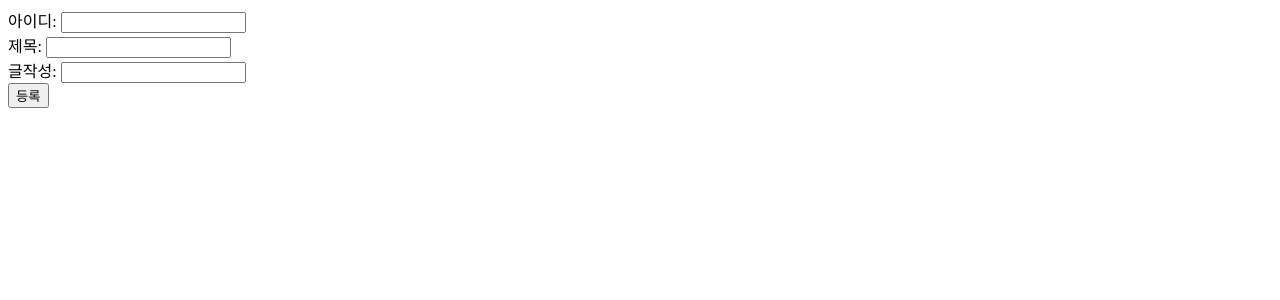
Repository: minz-cha/web_project
Page: jspbook/WebContent/write.html
The author's editor kept a copy of each file at every save. The page is drawn from the files as they stood at one save, then again after the next save.
The browser window is 1280 px wide. The pictures show the whole page.

Above is the page before, as saved 2022-12-01 09:51:21.

After the next save:
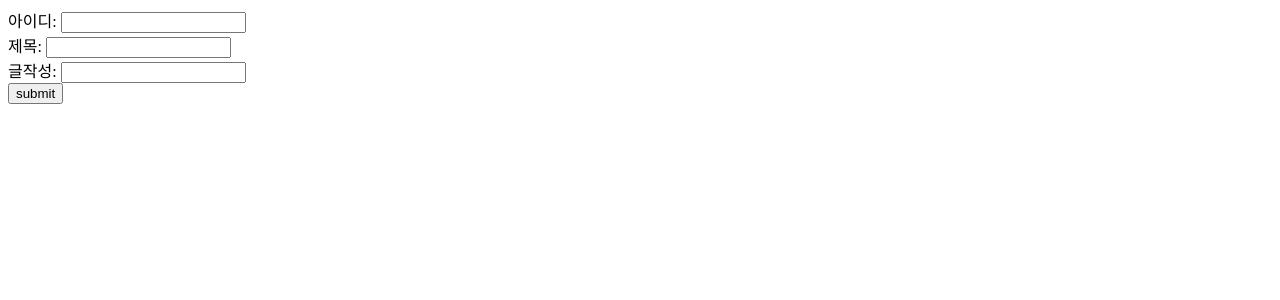
Saved 6 s later.
--- a/jspbook/WebContent/write.html
+++ b/jspbook/WebContent/write.html
@@ -6,10 +6,10 @@
 </head>
 <body>
    <form action="/jspbook/adder">
-      아이디: <input type=integer name=id><br>
+      아이디: <input type=text name=id><br>
    	  제목: <input type=text name=title><br>
       글작성: <input type=text name =content><br>
-      <input type=submit value="등록">
+      <input type=submit value="submit">
    </form>
 </body>
 </html>
